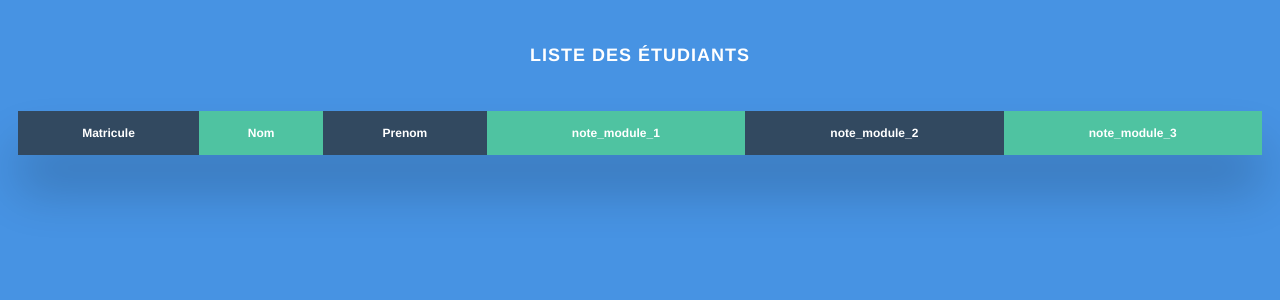
Repository: tt5300447/parakeet
Page: http://localhost/
An editor plug-in stored every save of this project. The page is shown before and after the next save, followed by the edit.
The browser window is 1280 px wide. The pictures show the whole page.
The page is run by PHP 8.4 with error messages shown; the project is at /var/www/html/. Queries for data that is not in the repository find no rows.

Above is the page before, as saved 2022-06-19 16:14:08.

After the next save:
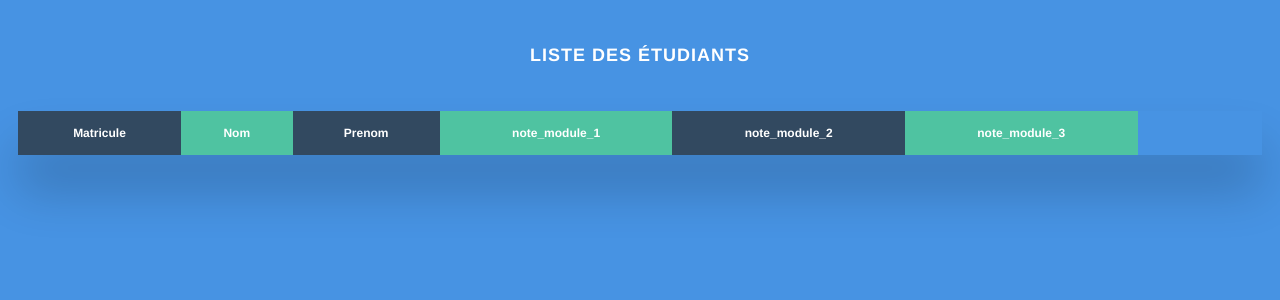
Saved 29 s later.
--- a/Copier/htdocs/Liste/table.css
+++ b/Copier/htdocs/Liste/table.css
@@ -34,7 +34,7 @@
     border: none;
     border-collapse: collapse;
     width: 100%;
-    max-width: 100%;
+    max-width: 90%;
     white-space: nowrap;
     background-color: white;
 }

After the save that followed:
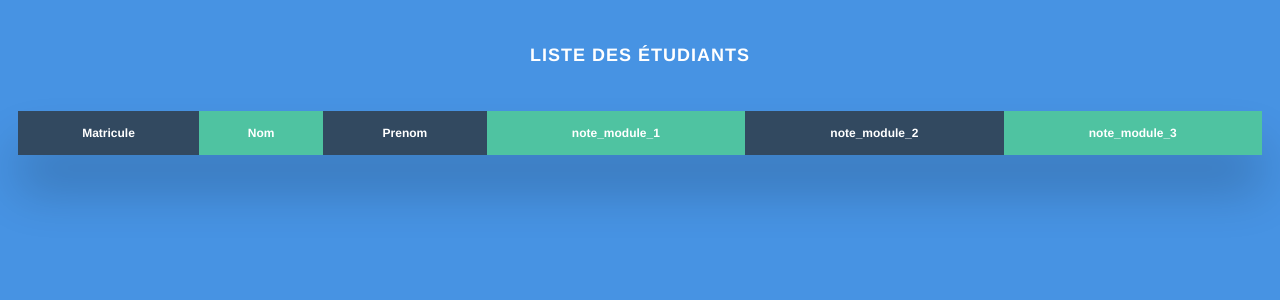
Saved 6 s later.
--- a/Copier/htdocs/Liste/table.css
+++ b/Copier/htdocs/Liste/table.css
@@ -34,7 +34,7 @@
     border: none;
     border-collapse: collapse;
     width: 100%;
-    max-width: 90%;
+    max-width: 100%;
     white-space: nowrap;
     background-color: white;
 }
